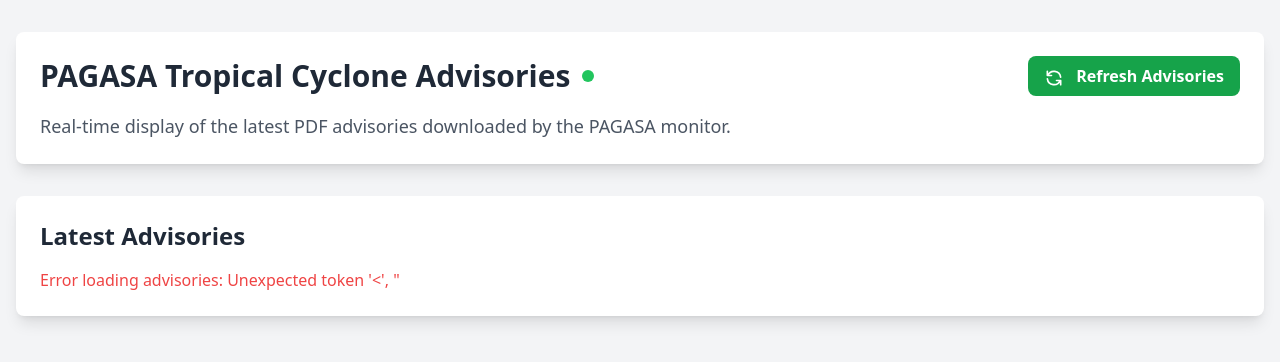
Repository: JetSpy-404/Heat-Mapping-For-Disaster-Risk-Prone-Areas
Page: pdf_viewer.html
The author's editor kept a copy of each file at every save. The page is drawn from the files as they stood at one save, then again after the next save.
The browser window is 1280 px wide. The pictures show the whole page.
Some web libraries are served in a nearby version.

Above is the page before, as saved 2025-11-09 15:34:24.

After the next save:
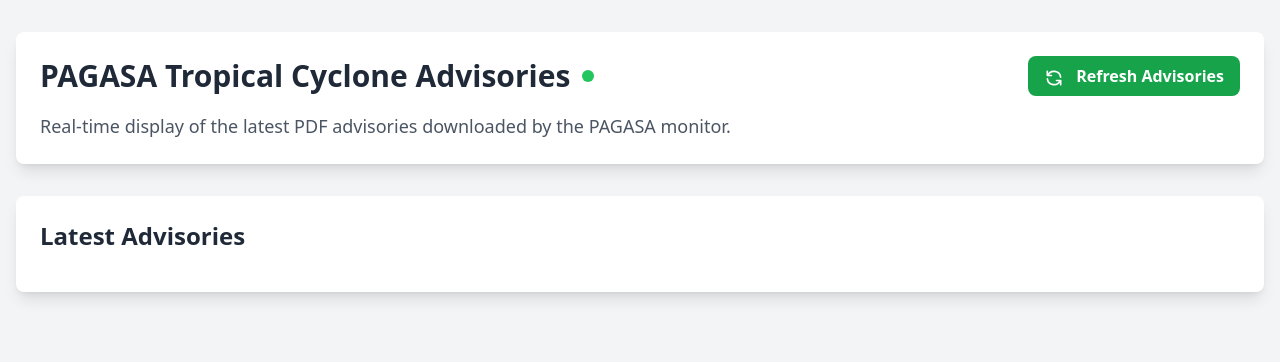
Console error: SyntaxError: Unexpected end of input
Saved 68 s later.
--- a/pdf_viewer.html
+++ b/pdf_viewer.html
@@ -104,72 +104,13 @@
             }
         }
 
-        function displayPDFs(pdfs) {
-            const container = document.getElementById('pdfs-container');
+        function displayAdvisories(pdfs) {
+            const container = document.getElementById('advisories-ul');
 
             if (pdfs.length === 0) {
                 container.innerHTML = `
-                    <div class="bg-white rounded-lg shadow-lg p-8 text-center">
+                    <li class="text-gray-500 text-center py-8">
                         <svg class="w-16 h-16 mx-auto text-gray-400 mb-4" fill="none" stroke="currentColor" viewBox="0 0 24 24">
-                            <path stroke-linecap="round" stroke-linejoin="round" stroke-width="2" d="M9 12h6m-6 4h6m2 5H7a2 2 0 01-2-2V5a2 2 0 012-2h5.586a1 1 0 01.707.293l5.414 5.414a1 1 0 01.293.707V19a2 2 0 01-2 2z"></path>
-                        </svg>
-                        <h3 class="text-xl font-semibold text-gray-700 mb-2">No PDF Advisories Found</h3>
-                        <p class="text-gray-500">The monitor may still be downloading files. Please check back later.</p>
-                    </div>
-                `;
-                return;
-            }
-
-            let html = '';
-            pdfs.forEach(pdf => {
-                const fileSizeMB = (pdf.size / (1024 * 1024)).toFixed(2);
-                html += `
-                    <div class="bg-white rounded-lg shadow-lg overflow-hidden">
-                        <div class="bg-gradient-to-r from-blue-600 to-blue-700 px-6 py-4">
-                            <div class="flex items-center justify-between">
-                                <h2 class="text-xl font-bold text-white">
-                                    ${formatPDFTitle(pdf.filename)}
-                                </h2>
-                                <div class="flex items-center space-x-4">
-                                    <div class="text-blue-100 text-sm">
-                                        <div class="flex items-center">
-                                            <svg class="w-4 h-4 mr-1" fill="none" stroke="currentColor" viewBox="0 0 24 24">
-                                                <path stroke-linecap="round" stroke-linejoin="round" stroke-width="2" d="M12 8v4l3 3m6-3a9 9 0 11-18 0 9 9 0 0118 0z"></path>
-                                            </svg>
-                                            Updated: ${pdf.modified}
-                                        </div>
-                                        <div class="flex items-center mt-1">
-                                            <svg class="w-4 h-4 mr-1" fill="none" stroke="currentColor" viewBox="0 0 24 24">
-                                                <path stroke-linecap="round" stroke-linejoin="round" stroke-width="2" d="M7 4V2a1 1 0 011-1h8a1 1 0 011 1v2m-9 0h10m-9 0V1m10 3V1m0 3l1 1v16a2 2 0 01-2 2H6a2 2 0 01-2-2V5l1-1z"></path>
-                                            </svg>
-                                            Size: ${fileSizeMB} MB
-                                        </div>
-                                    </div>
-                                    <button onclick="viewFullPDF('${pdf.path}', '${formatPDFTitle(pdf.filename)}')" class="bg-blue-500 text-white hover:bg-blue-600 font-semibold py-2 px-4 rounded-lg transition duration-200 flex items-center mr-2">
-                                        <svg class="w-4 h-4 mr-2" fill="none" stroke="currentColor" viewBox="0 0 24 24">
-                                            <path stroke-linecap="round" stroke-linejoin="round" stroke-width="2" d="M15 12a3 3 0 11-6 0 3 3 0 016 0z"></path>
-                                            <path stroke-linecap="round" stroke-linejoin="round" stroke-width="2" d="M2.458 12C3.732 7.943 7.523 5 12 5c4.478 0 8.268 2.943 9.542 7-1.274 4.057-5.064 7-9.542 7-4.477 0-8.268-2.943-9.542-7z"></path>
-                                        </svg>
-                                        View Full PDF
-                                    </button>
-                                    <a href="${pdf.path}" target="_blank" class="bg-white text-blue-600 hover:bg-blue-50 font-semibold py-2 px-4 rounded-lg transition duration-200 flex items-center">
-                                        <svg class="w-4 h-4 mr-2" fill="none" stroke="currentColor" viewBox="0 0 24 24">
-                                            <path stroke-linecap="round" stroke-linejoin="round" stroke-width="2" d="M12 10v6m0 0l-3-3m3 3l3-3m2 8H7a2 2 0 01-2-2V5a2 2 0 012-2h5.586a1 1 0 01.707.293l5.414 5.414a1 1 0 01.293.707V19a2 2 0 01-2 2z"></path>
-                                        </svg>
-                                        Download
-                                    </a>
-                                </div>
-                            </div>
-                        </div>
-                        <div class="p-6">
-                            <iframe src="${pdf.path}" class="w-full h-96 border border-gray-200 rounded-lg" type="application/pdf"></iframe>
-                        </div>
-                    </div>
-                `;
-            });
-
-            container.innerHTML = html;
-        }
 
         function formatPDFTitle(filename) {
             // Convert filename to readable title

After the 5 saves that followed:
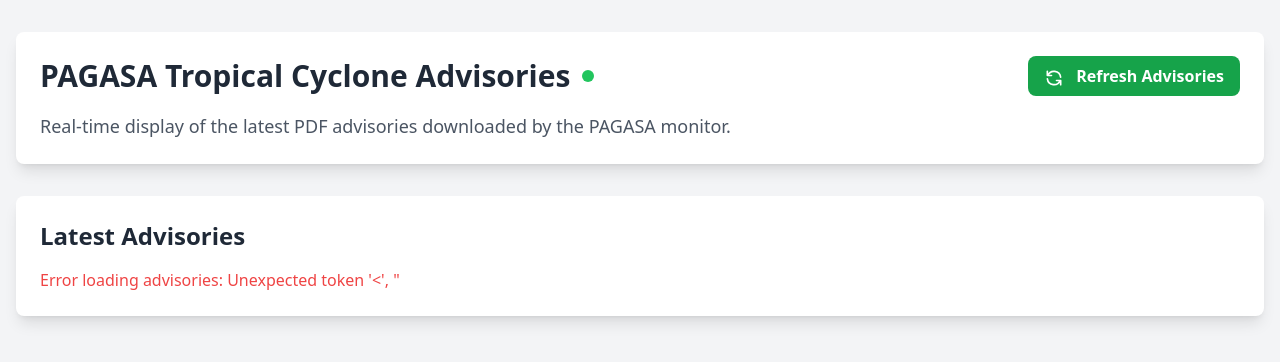
The error is gone.
The 5 saves are shown as one change because 2 left the picture as it was and some came seconds apart.
The last was saved 34 s later.
--- a/pdf_viewer.html
+++ b/pdf_viewer.html
@@ -111,6 +111,65 @@
                 container.innerHTML = `
                     <li class="text-gray-500 text-center py-8">
                         <svg class="w-16 h-16 mx-auto text-gray-400 mb-4" fill="none" stroke="currentColor" viewBox="0 0 24 24">
+                            <path stroke-linecap="round" stroke-linejoin="round" stroke-width="2" d="M9 12h6m-6 4h6m2 5H7a2 2 0 01-2-2V5a2 2 0 012-2h5.586a1 1 0 01.707.293l5.414 5.414a1 1 0 01.293.707V19a2 2 0 01-2 2z"></path>
+                        </svg>
+                        <h3 class="text-xl font-semibold text-gray-700 mb-2">No PDF Advisories Found</h3>
+                        <p class="text-gray-500">The monitor may still be downloading files. Please check back later.</p>
+                    </li>
+                `;
+                return;
+            }
+
+            // Display only the latest and last hours advisory (first two in sorted list)
+            const latestAdvisories = pdfs.slice(0, 2);
+
+            let html = '';
+            latestAdvisories.forEach(pdf => {
+                const fileSizeMB = (pdf.size / (1024 * 1024)).toFixed(2);
+                html += `
+                    <li class="bg-gray-50 rounded-lg p-4 border border-gray-200">
+                        <div class="flex items-center justify-between">
+                            <div class="flex-1">
+                                <h3 class="text-lg font-semibold text-gray-800 mb-2">
+                                    ${formatPDFTitle(pdf.filename)}
+                                </h3>
+                                <div class="text-sm text-gray-600 space-y-1">
+                                    <div class="flex items-center">
+                                        <svg class="w-4 h-4 mr-2" fill="none" stroke="currentColor" viewBox="0 0 24 24">
+                                            <path stroke-linecap="round" stroke-linejoin="round" stroke-width="2" d="M12 8v4l3 3m6-3a9 9 0 11-18 0 9 9 0 0118 0z"></path>
+                                        </svg>
+                                        Updated: ${pdf.modified}
+                                    </div>
+                                    <div class="flex items-center">
+                                        <svg class="w-4 h-4 mr-2" fill="none" stroke="currentColor" viewBox="0 0 24 24">
+                                            <path stroke-linecap="round" stroke-linejoin="round" stroke-width="2" d="M7 4V2a1 1 0 011-1h8a1 1 0 011 1v2m-9 0h10m-9 0V1m10 3V1m0 3l1 1v16a2 2 0 01-2 2H6a2 2 0 01-2-2V5l1-1z"></path>
+                                        </svg>
+                                        Size: ${fileSizeMB} MB
+                                    </div>
+                                </div>
+                            </div>
+                            <div class="flex space-x-2 ml-4">
+                                <button onclick="viewFullPDF('${pdf.path}', '${formatPDFTitle(pdf.filename)}')" class="bg-blue-500 text-white hover:bg-blue-600 font-semibold py-2 px-4 rounded-lg transition duration-200 flex items-center">
+                                    <svg class="w-4 h-4 mr-2" fill="none" stroke="currentColor" viewBox="0 0 24 24">
+                                        <path stroke-linecap="round" stroke-linejoin="round" stroke-width="2" d="M15 12a3 3 0 11-6 0 3 3 0 016 0z"></path>
+                                        <path stroke-linecap="round" stroke-linejoin="round" stroke-width="2" d="M2.458 12C3.732 7.943 7.523 5 12 5c4.478 0 8.268 2.943 9.542 7-1.274 4.057-5.064 7-9.542 7-4.477 0-8.268-2.943-9.542-7z"></path>
+                                    </svg>
+                                    View
+                                </button>
+                                <a href="${pdf.path}" target="_blank" class="bg-green-500 text-white hover:bg-green-600 font-semibold py-2 px-4 rounded-lg transition duration-200 flex items-center">
+                                    <svg class="w-4 h-4 mr-2" fill="none" stroke="currentColor" viewBox="0 0 24 24">
+                                        <path stroke-linecap="round" stroke-linejoin="round" stroke-width="2" d="M12 10v6m0 0l-3-3m3 3l3-3m2 8H7a2 2 0 01-2-2V5a2 2 0 012-2h5.586a1 1 0 01.707.293l5.414 5.414a1 1 0 01.293.707V19a2 2 0 01-2 2z"></path>
+                                    </svg>
+                                    Download
+                                </a>
+                            </div>
+                        </div>
+                    </li>
+                `;
+            });
+
+            container.innerHTML = html;
+        }
 
         function formatPDFTitle(filename) {
             // Convert filename to readable title
